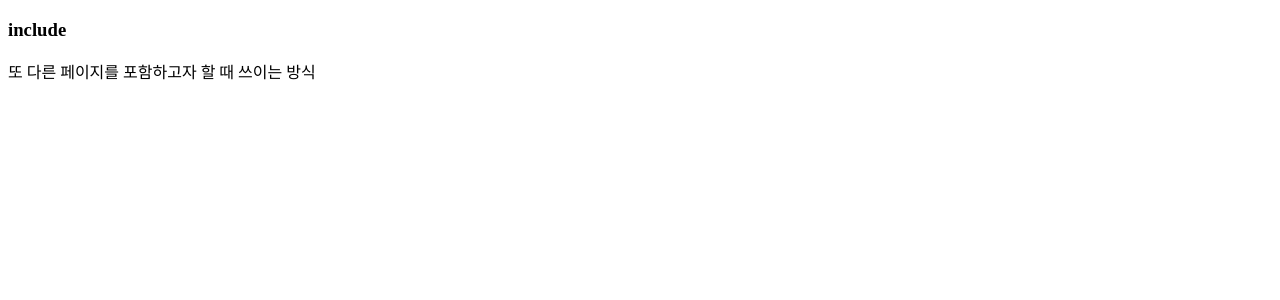
Repository: DonghwanSon1/ajax-jsp-study
Page: http://localhost/ActionProject/views/2_StandardAction/01_include.jsp
An editor plug-in stored every save of this project. The page is shown before and after the next save, followed by the edit.
The browser window is 1280 px wide. The pictures show the whole page.
The page is served by Tomcat 9. Other server files are loaded and not shown.

Above is the page before, as saved 2022-07-12 05:10:29.

### ActionProject/WebContent/views/2_StandardAction/01_include.jsp
<%@ page language="java" contentType="text/html; charset=UTF-8"
    pageEncoding="UTF-8"%>
<!DOCTYPE html>
<html>
<head>
<meta charset="UTF-8">
<title>include</title>
</head>
<body>


	<h3>include</h3>

	<p>
		또 다른 페이지를 포함하고자 할 때 쓰이는 방식
	</p>
















</body>
</html>

### ActionProject/WebContent/views/2_StandardAction/footer.jsp
<%@ page language="java" contentType="text/html; charset=UTF-8"
    pageEncoding="UTF-8"%>
<%@ page import="java.text.SimpleDateFormat, java.util.Date" %>
<!DOCTYPE html>
<html>
<head>
<meta charset="UTF-8">
<title>footer</title>
</head>
<body>

	<%
		// Date 객체 => new Date() 하면 오늘 날짜가 나옴
		// 오늘날짜를 기준으로 년도만 뽑아서 채워넣겠다.
		// => SimpleDateFormat객체를 이용해서 년도만 뽑자

		String year = new SimpleDateFormat("yyyy").format(new Date());
	%>

	Copyright © 1998-<%= year %> KH Information Educational Institute All Right Reserved
	<!-- 매년 해가 바뀔때마다 직접적으로 년도를 바꾸는것은 아주 귀찮고 성가신 일이다. -->

	<br>






</body>
</html>

After the next save:
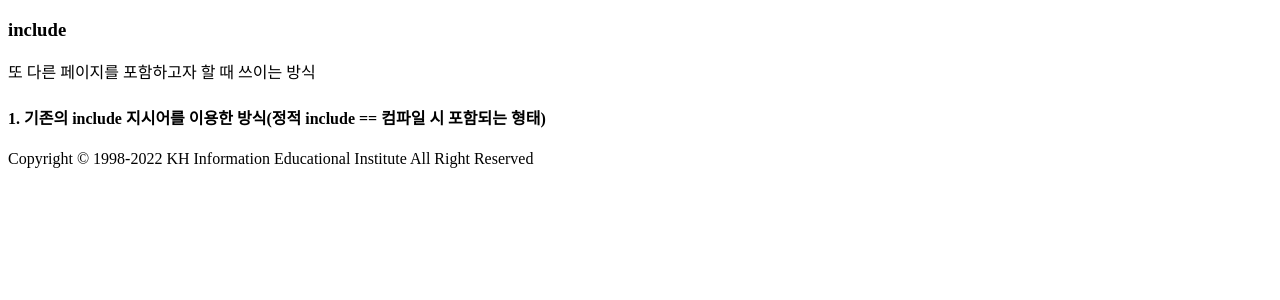
Saved 5 min 23 s later.
--- a/ActionProject/WebContent/views/2_StandardAction/01_include.jsp
+++ b/ActionProject/WebContent/views/2_StandardAction/01_include.jsp
@@ -14,6 +14,13 @@
 	<p>
 		또 다른 페이지를 포함하고자 할 때 쓰이는 방식
 	</p>
+
+	<h4>1. 기존의 include 지시어를 이용한 방식(정적 include == 컴파일 시 포함되는 형태)</h4>
+
+	<%@ include file="footer.jsp" %>
+
+	<br><br>
+
 
 
 
